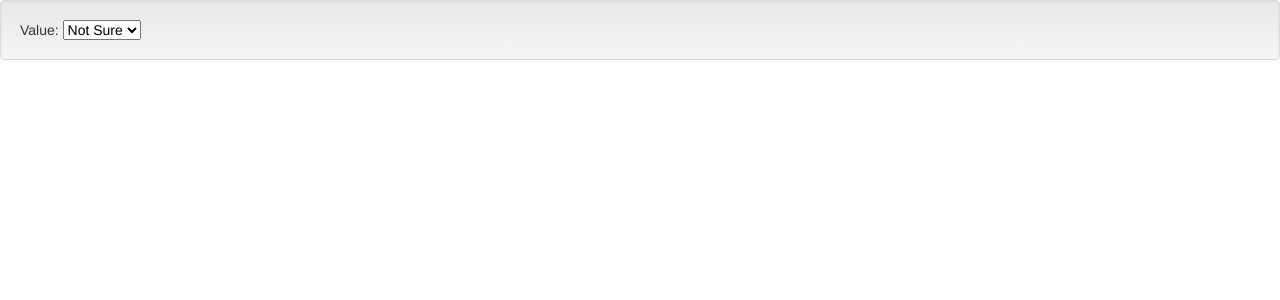
Repository: chisun-joung/workplace
Page: angularJS/WebContent/Chap17_CustomDirective/P526_CustomForm.html
These files come from the project's save history. The page is drawn as it stood at one moment and after the next save; the edit follows.
The browser window is 1280 px wide. The pictures show the whole page.
Some web libraries are served in a nearby version.

Above is the page before, as saved 2016-12-01 03:37:51.

After the next save:
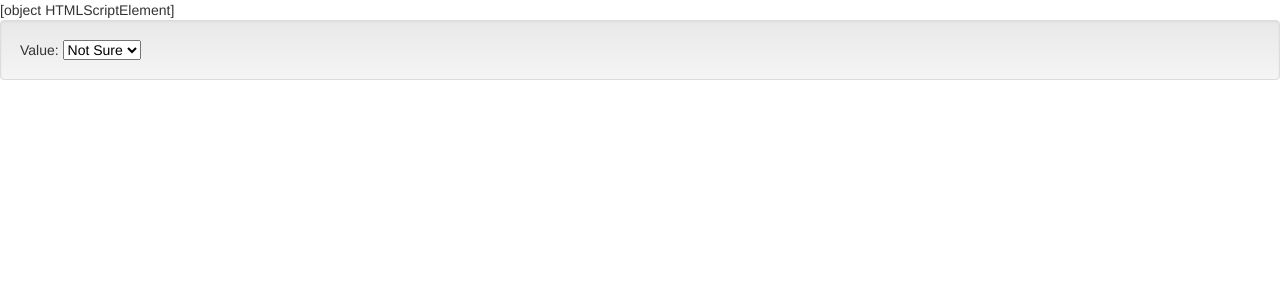
Saved 49 min 12 s later.
--- a/angularJS/WebContent/Chap17_CustomDirective/P526_CustomForm.html
+++ b/angularJS/WebContent/Chap17_CustomDirective/P526_CustomForm.html
@@ -19,11 +19,16 @@
 		.controller("defaultCtrl", function ($scope) {
 			$scope.dataValue = "Not Sure";
 		})
-
+		.directive("triButton",[function(){
+			return {
+				restrict: 'AE',
+				template: document.getElementById('triTemplate')
+			}
+		}])
 	</script>
 </head>
 <body ng-controller="defaultCtrl">
-	<div><tri-button /></div>
+	<div><tri-button ng-model="dataValue"/></div>
 	<div class="well">
 			Value:
 			<select ng-model="dataValue">

After the save that followed:
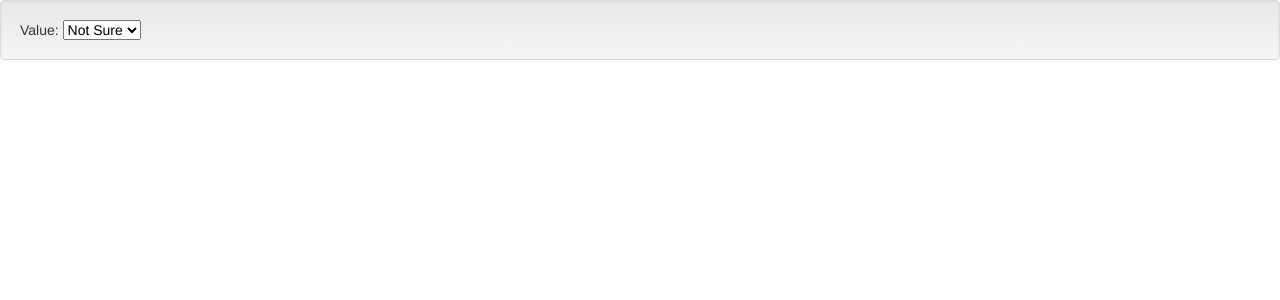
Saved 29 s later.
--- a/angularJS/WebContent/Chap17_CustomDirective/P526_CustomForm.html
+++ b/angularJS/WebContent/Chap17_CustomDirective/P526_CustomForm.html
@@ -22,7 +22,7 @@
 		.directive("triButton",[function(){
 			return {
 				restrict: 'AE',
-				template: document.getElementById('triTemplate')
+				template: document.getElementById('triTemplate').html()
 			}
 		}])
 	</script>
